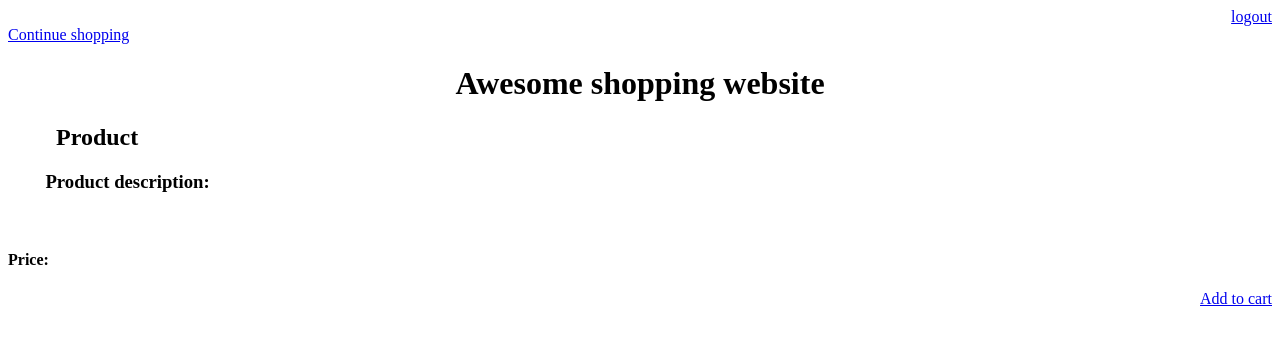
Repository: balu-sadanandan/demo-Shopping-cart-application
Page: http://localhost/shopping-cart/proddesc.jsp
An editor plug-in stored every save of this project. The page is shown before and after the next save, followed by the edit.
The browser window is 1280 px wide. The pictures show the whole page.
The page is served by Tomcat 9. Other server files are loaded and not shown.

Above is the page before, as saved 2017-09-19 05:58:58.

### shopping-cart/WebContent/proddesc.jsp
<%@ page language="java" contentType="text/html; charset=ISO-8859-1"
    pageEncoding="ISO-8859-1"%>
<!DOCTYPE html PUBLIC "-//W3C//DTD HTML 4.01 Transitional//EN" "http://www.w3.org/TR/html4/loose.dtd">
<html>
<head>
<meta http-equiv="Content-Type" content="text/html; charset=ISO-8859-1">
<title>Awesome shopping website</title>
</head>
<body>
 <div align="right">
    <a href="logout">logout</a>

</div>
   <div align="left">
    <a href="listp">Continue shopping</a>

</div>
 <center>
        <h1>Awesome shopping website</h1>
    </center>
   </div>
   <div align="left">

    <h2>&nbsp;&nbsp;&nbsp;&nbsp;&nbsp;&nbsp;&nbsp;&nbsp;Product</h2>
    <h3>&nbsp;&nbsp;&nbsp;&nbsp;&nbsp;&nbsp;&nbsp;&nbsp;Product description:</h3>
    &nbsp;&nbsp;&nbsp;&nbsp;&nbsp;&nbsp;&nbsp;&nbsp;&nbsp;&nbsp;&nbsp;&nbsp;&nbsp;&nbsp;&nbsp;&nbsp;&nbsp;&nbsp;&nbsp;&nbsp;&nbsp;&nbsp;&nbsp;&nbsp;
       &nbsp;&nbsp;&nbsp;&nbsp;&nbsp;&nbsp;&nbsp;&nbsp;
        &nbsp;&nbsp;&nbsp;&nbsp;&nbsp;&nbsp;&nbsp;&nbsp;
    <h4>Price:</h4>
</div>
<div align="right">
    <a href="acart">Add to cart</a>

</div>


</body>
</html>

After the next save:
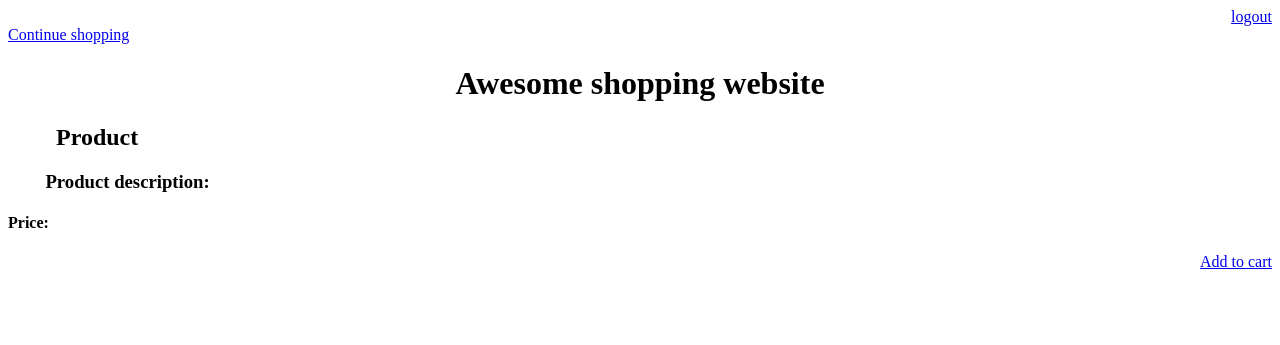
Saved 3 min 39 s later.
--- a/shopping-cart/WebContent/proddesc.jsp
+++ b/shopping-cart/WebContent/proddesc.jsp
@@ -23,9 +23,6 @@
 
     <h2>&nbsp;&nbsp;&nbsp;&nbsp;&nbsp;&nbsp;&nbsp;&nbsp;Product</h2>
     <h3>&nbsp;&nbsp;&nbsp;&nbsp;&nbsp;&nbsp;&nbsp;&nbsp;Product description:</h3>
-    &nbsp;&nbsp;&nbsp;&nbsp;&nbsp;&nbsp;&nbsp;&nbsp;&nbsp;&nbsp;&nbsp;&nbsp;&nbsp;&nbsp;&nbsp;&nbsp;&nbsp;&nbsp;&nbsp;&nbsp;&nbsp;&nbsp;&nbsp;&nbsp;
-       &nbsp;&nbsp;&nbsp;&nbsp;&nbsp;&nbsp;&nbsp;&nbsp;
-        &nbsp;&nbsp;&nbsp;&nbsp;&nbsp;&nbsp;&nbsp;&nbsp;
     <h4>Price:</h4>
 </div>
 <div align="right">
